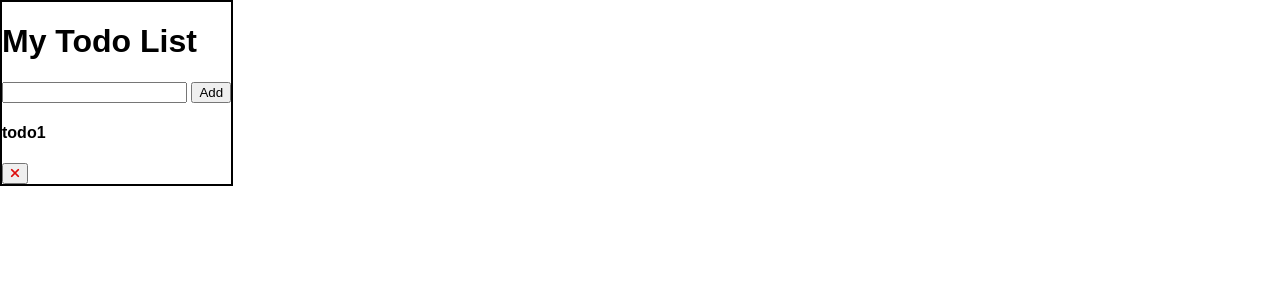
Repository: harshit-technocrat11/basic-DOM-projects
Page: 03-todo-list/index.html
An editor plug-in stored every save of this project. The page is shown before and after the next save, followed by the edit.
The browser window is 1280 px wide. The pictures show the whole page.

Above is the page before, as saved 2025-09-07 19:26:19.

After the next save:
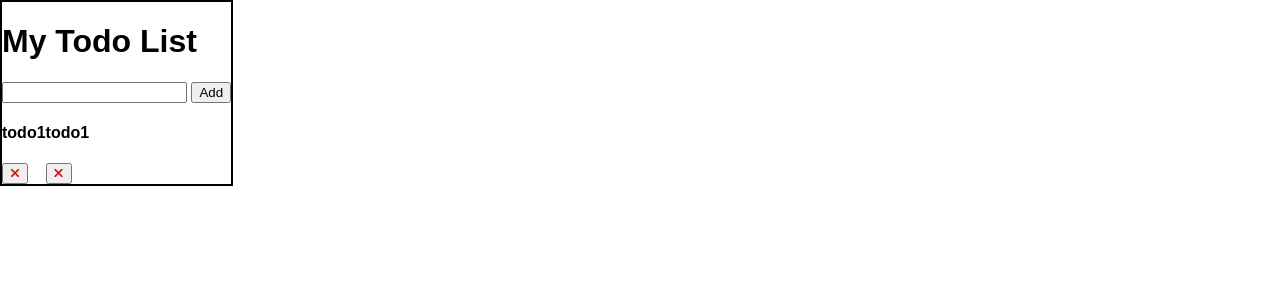
Saved 5 s later.
--- a/03-todo-list/index.html
+++ b/03-todo-list/index.html
@@ -30,6 +30,11 @@
                 <h4>todo1</h4>
                 <button id="delete-todo" type="submit"><i class="fa-solid fa-xmark" style="color: #dd0e0e;"></i></button>
             </div>
+            <div class="todo">
+
+                <h4>todo1</h4>
+                <button id="delete-todo" type="submit"><i class="fa-solid fa-xmark" style="color: #dd0e0e;"></i></button>
+            </div>
 
         </div>
 
